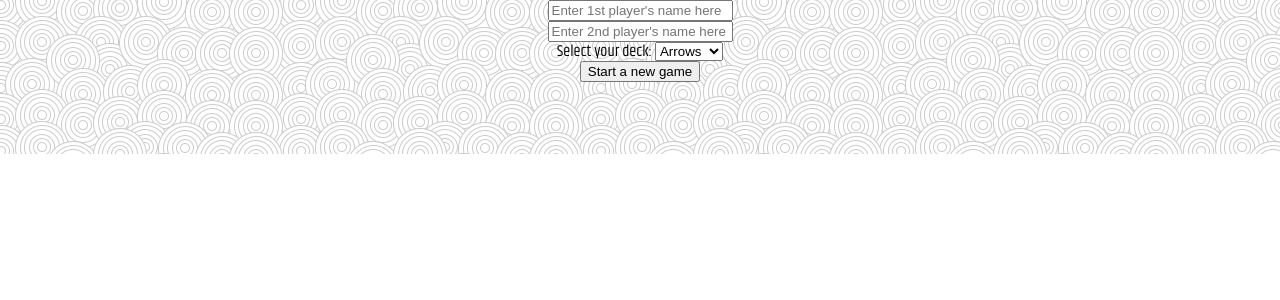
Repository: loragil/memory-game
Page: index.html
The author's editor kept a record of every edit. The page is drawn from the files as they stood at one moment, then again after the next edit.
The browser window is 1280 px wide. The pictures show the whole page.

Above is the page before.

### index.html
<!DOCTYPE html>
<html>

<head>

    <link rel="stylesheet" type="text/css" href="http://fonts.googleapis.com/css?family=Khand">
    <link rel="stylesheet" href="css/reset.css" type="text/css" />
    <link rel="stylesheet" href="css/game.css" type="text/css" />
    <link rel="stylesheet" href="css/phone-default.css" type="text/css" />
    <link rel="stylesheet" href="css/tablet.css" type="text/css" />
    <link rel="stylesheet" href="css/desktop.css" type="text/css" />
    <link rel="import" href="components/game-card.html">
    <title>Memory Game</title>

</head>

<body>
    <div id="container">
        <div id="startScreen">
            <div>
                <label for="playerAName">
                    <input type="text" name="playerAName" placeholder="Enter 1st player's name here" />
                </label>
            </div>

            <div>
                <label for="playerBName">
                    <input type="text" name="playerBName" placeholder="Enter 2nd player's name here" />
                </label>
            </div>

             <div>
                <label for="selectDeck">
                    Select your deck:
                    <select name="selectDeck" id="selectDeck">
                        <option value="arrows">Arrows</option>
                        <option value="zigzag">Zig Zag</option>
                        <option value="mat">Mat</option>
                        <option value="hearts">Hearts</option>
                        <option value="stars">Stars</option>
                    </select>
                </label>
            </div>

            <div>
                <input id="startNew" type="button" value="Start a new game" />
            </div>
        </div>

        <div class="game">

            <div class="details">
                <div>
                    <span>Pairs left to match: </span>
                    <span id="pairsLeft"></span>
                </div>
                <div>
                    <span>It's <em class="currentPlayer"></em>'s turn</span>
                </div>
            </div>

            <div id="playerA">
                <h3></h3>
                <ul></ul>
            </div>

            <div class="board"></div>

            <div id="playerB">
                <h3></h3>
                <ul></ul>
            </div>

        </div>
    </div>
    <script type="text/javascript" src="js/game.js"></script>
</body>

</html>

### css/game.css
html,
body,
.game {
    height: 100%;/*sdssdsdsdd*/
    font-family: 'Khand', sans-serif, Arial;
}

#container{
    position:relative;
    background-image: url('../assets/images/swirl_pattern.png');
}

#container > div{
    transition: all 0.3s;
    overflow:hidden;
    /*position:absolute;*/
    height: 100%;
}
#container #startScreen {
    width: 80%;
    margin: 0px auto;
    text-align: center;
    transform:translateX(0%);
    /*left:0;*/
    /*z-index:5;*/
}

#container .game {
    transform:translateX(-100%);
    /*left:-100%;*/
    /*z-index:0;*/
}
#container.inGame #startScreen {
    transform:translateX(-100%);
    height:0;
    /*left:-100%;*/
    /*z-index:0;*/
}

#container.inGame .game {
    transform:translateX(0%);
    /*left:0;*/
    /*z-index:5;*/
}

.game {
    position: relative;
    font-size: 26px;
    overflow: hidden;
    width:100%;
}
.details {
    padding: 10px;
    text-align: center;
}
#playerA,
#playerB {
    position: absolute;
    top: 50%;
    transform: translateY(-50%);
    width: 10%;
    text-align: center;
}
#playerA img,
#playerB img {
    width: 80px;
    position: absolute;
}
#playerA img:first-child,
#playerB img:first-child {
    transform: translateX(20px);
}
#playerB img:first-child {
    z-index: 1;
}
#playerA {
    left: 0;
}
#playerB {
    right: 0;
}
li {
    position: relative;
    height: 100px;
}
.board {
    width: 740px;
    height: 100%;
    margin: 0 auto;
    display: flex;
    flex-direction: row;
    flex-wrap: wrap;
    align-items: center;
    justify-content: center;
    align-content: center;
}
game-card {
    flex: 0 0 auto;
    margin: 10px
    transition: opacity .3s ease-out;
}

### css/phone-default.css
@media only screen and (max-width: 640px) {

    body:after {
        content: 'tablet';
        display: none;
    }

    /*.details {
        background-color: green;
    }*/

} /*end of the media query*/

### css/tablet.css
@media only screen and (min-width: 641px) {

    body:after {
        content: 'tablet';
        display: none;
    }

    /*.details {
        background-color: blue;
    }*/

} /*end of the media query*/

### css/desktop.css
@media only screen and (min-width: 1140px) {

    body:after {
        content: 'desktop';
        display: none;
    }

    /*.details {
        background-color: red;
    }*/
} /*end of the media query*/

### js/game.js
;
(function() {
    'use strict';

    var cardTypes = [{
        id: '8-ball',
        source: 'http://igorminar.github.io/Memory-Game/app/img/8-ball.png'
    }, {
        id: 'baked-potato',
        source: 'http://igorminar.github.io/Memory-Game/app/img/baked-potato.png'
    }, {
        id: 'dinosaur',
        source: 'http://igorminar.github.io/Memory-Game/app/img/dinosaur.png'
    }, {
        id: 'kronos',
        source: 'http://igorminar.github.io/Memory-Game/app/img/kronos.png'
    }, {
        id: 'rocket',
        source: 'http://igorminar.github.io/Memory-Game/app/img/rocket.png'
    }, {
        id: 'skinny-unicorn',
        source: 'http://igorminar.github.io/Memory-Game/app/img/skinny-unicorn.png'
    }, {
        id: 'that-guy',
        source: 'http://igorminar.github.io/Memory-Game/app/img/that-guy.png'
    }, {
        id: 'zeppelin',
        source: 'http://igorminar.github.io/Memory-Game/app/img/zeppelin.png'
    }];

    function shuffle(deck) {
        for (var j, x, i = deck.length; i; j = parseInt(Math.random() * i), x = deck[--i], deck[i] = deck[j], deck[j] = x);
        return deck;
    };

    function createCards(cardTypes) {
        var deck = [],
            card;

        for (var i = 0; i < cardTypes.length; i++) {
            card = '<game-card card_id="' + cardTypes[i].id + '" card_source="' + cardTypes[i].source + '"></game-card>';
            deck.push(card);
            card = '<game-card card_id="' + cardTypes[i].id + '" card_source="' + cardTypes[i].source + '"></game-card>';
            deck.push(card);
        }

        return shuffle(deck);
    }

    function createBoard(deck) {
        var board = document.querySelector('.board');
        board.innerHTML = deck.join('');
    }

    var deck = createCards(cardTypes);
    createBoard(deck);

    function isGameRunning() {
        return deck.length > 0;
    }

    function setPlayersNames(playerA, playerB) {
        document.querySelector('#playerA h3').innerHTML = playerA;
        document.querySelector('#playerB h3').innerHTML = playerB;

        currentPlayerPlaceHolder.innerHTML = playerA;
    }

    var players = [{
        id: 'playerA',
        name: '',
        score: 0
    }, {
        id: 'playerB',
        name: '',
        score: 0
    }];

    var currentPlayerPlaceHolder = document.querySelector('.currentPlayer');

    var currentPlayer = 0;


    var visibleCards = [];
    var pairsCount = cardTypes.length;
    document.getElementById('pairsLeft').innerHTML = pairsCount;

    function switchPlayer() {
        currentPlayer = currentPlayer === 0 ? 1 : 0;
        currentPlayerPlaceHolder.innerHTML = players[currentPlayer].name;
    }

    function isMatch(cards) {
        return cards[0].getAttribute('card_id') === cards[1].getAttribute('card_id');
    }

    function removePair() {
        /*visibleCards[0].remove();
                    visibleCards[1].remove();*/


        visibleCards[0].style.opacity = 0;
        visibleCards[0].style.pointerEvents = 'none';
        visibleCards[1].style.opacity = 0;
        visibleCards[1].style.pointerEvents = 'none';

        pairsCount--;
        document.getElementById('pairsLeft').innerHTML = pairsCount;
    }

    function flipBack() {
        visibleCards[0].setAttribute('hide', true);
        visibleCards[1].setAttribute('hide', true);
    }

    function assignToPlayer() {
        var li = document.createElement('li');
        var img = document.createElement('img');
        img.src = visibleCards[0].getAttribute('card_source');
        li.appendChild(img.cloneNode(true));
        li.appendChild(img);
        document.querySelector('#' + players[currentPlayer].id + ' ul').appendChild(li);
    };

    var gameCards = document.querySelectorAll('game-card');

    [].forEach.call(gameCards, function(DOMcard) {
        DOMcard.addEventListener('click', function() {
            if (this == visibleCards[0]) {
                return;
            }

            visibleCards.push(this);
            this.setAttribute('block', '');

            if (visibleCards.length == 2) {

                [].forEach.call(gameCards, function(c) {
                    c.setAttribute('block', '');
                });

                setTimeout(function() {
                    if (isMatch(visibleCards)) {
                        assignToPlayer();
                        removePair();
                        if (pairsCount === 0) {
                            alert('game over, ' + currentPlayer + ' wins!');
                        }
                    }
                    else {
                        flipBack();
                        switchPlayer();
                    }

                    // reset visibleCards;
                    visibleCards.length = 0;

                    [].forEach.call(gameCards, function(c) {
                        c.removeAttribute('block');
                        c.removeAttribute('hide');
                    });
                }, 1500);

            }

            // display message


        });
    });


    /************************** game UI logic ********************************/
    document.getElementById('startNew').addEventListener('click', function() {
        start();
    });

    function start() {
        var container = document.getElementById('container'),
            nameA = document.querySelector('[name=playerAName]'),
            nameB = document.querySelector('[name=playerBName]');
        players[0].name = nameA.value;
        players[1].name = nameB.value;

        setPlayersNames(players[0].name, players[1].name)
        container.classList.add('inGame');

        var gameCards = document.querySelectorAll('game-card');
        var backImage = document.getElementById('selectDeck').value;
        for (var i = 0; i < gameCards.length; i++) {
            var back = gameCards[i].shadowRoot.querySelector('.back');
            back.classList.add(backImage);
        }
    }
}());

Loaded but not shown: css/reset.css (common file)

After the next edit:
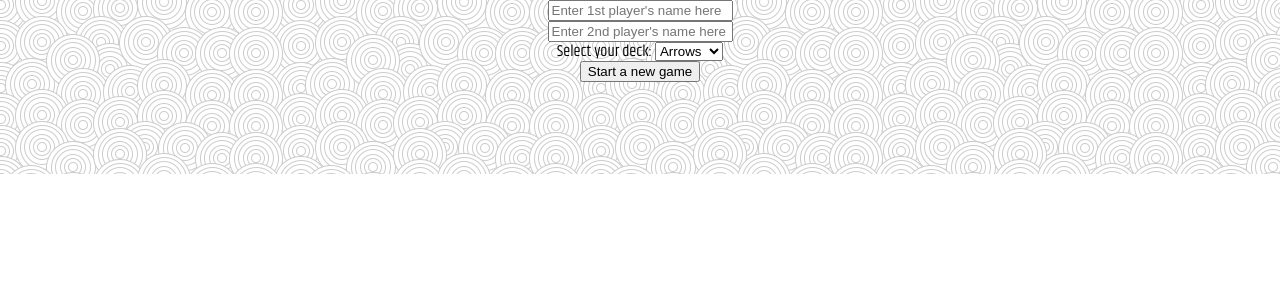
The edit:
--- a/css/game.css
+++ b/css/game.css
@@ -96,6 +96,6 @@
 }
 game-card {
     flex: 0 0 auto;
-    margin: 10px
+    margin: 10px;
     transition: opacity .3s ease-out;
 }
